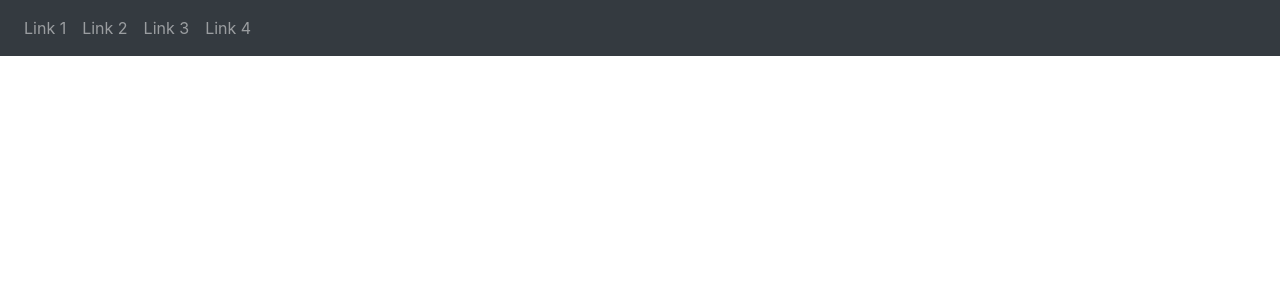
Repository: djzaragoza/bzbeemama
Page: index.html
These files come from the project's save history. The page is drawn as it stood at one moment and after the next save; the edit follows.
The browser window is 1280 px wide. The pictures show the whole page.
Some web libraries are served in a nearby version.

Above is the page before, as saved 2020-04-06 07:18:49.

### index.html
<!DOCTYPE html>

    <head>
        <title>BzBeeMama</title>
        <meta charset="UTF-8">
        <meta name="viewport" content="width=device-width, initial-scale=1.0">
        <script src="https://code.jquery.com/jquery-2.1.3.min.js"></script>

        <link rel="stylesheet" href="index.css">
        <link rel="stylesheet" href="https://stackpath.bootstrapcdn.com/bootstrap/4.4.1/css/bootstrap.min.css" integrity="sha384-Vkoo8x4CGsO3+Hhxv8T/Q5PaXtkKtu6ug5TOeNV6gBiFeWPGFN9MuhOf23Q9Ifjh" crossorigin="anonymous">

    </head>

    <body>
        <!-- bg-priary, bg-success, bg-warning, bg-info, and bg-danger-->
        <div class=""
        <nav class="navbar navbar-expand-md navbar-dark bg-dark">

            <span class="navbar navbar-expand-md navbar-dark bg-dark">


            <ul class="navbar-nav">
                <li class="nav-item">
                    <a class="nav-link" href="#">Link 1</a>
                </li>
                <li class="nav-item">
                    <a class="nav-link" href="#">Link 2</a>
                </li>
                <li class="nav-item">
                    <a class="nav-link" href="#">Link 3</a>
                </li>
                <li class="nav-item">
                    <a class="nav-link" href="#">Link 4</a>
                </li>
            </ul>





    </body>




















</html>

### index.css
@import url('https://fonts.googleapis.com/css?family=Montserrat');

body {
    max-width: 100%;
    font-family: 'Montserrat', sans-serif;
}

After the next save:
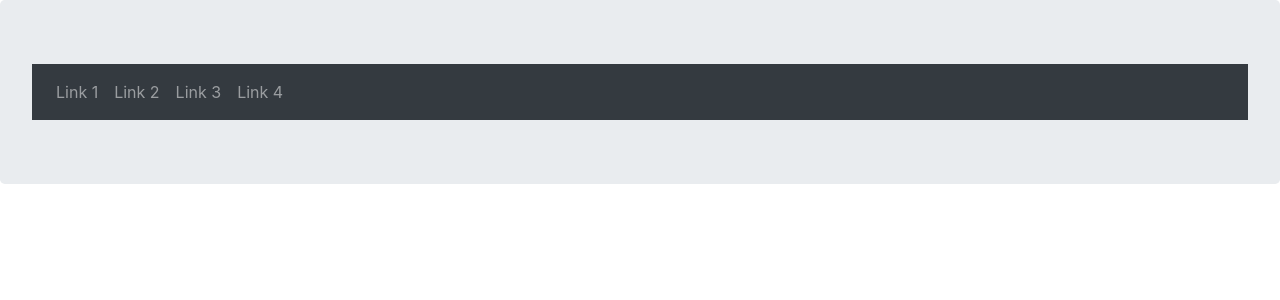
Saved 4 s later.
--- a/index.html
+++ b/index.html
@@ -13,7 +13,7 @@
 
     <body>
         <!-- bg-priary, bg-success, bg-warning, bg-info, and bg-danger-->
-        <div class=""
+        <div class="jumbotron"
         <nav class="navbar navbar-expand-md navbar-dark bg-dark">
 
             <span class="navbar navbar-expand-md navbar-dark bg-dark">
